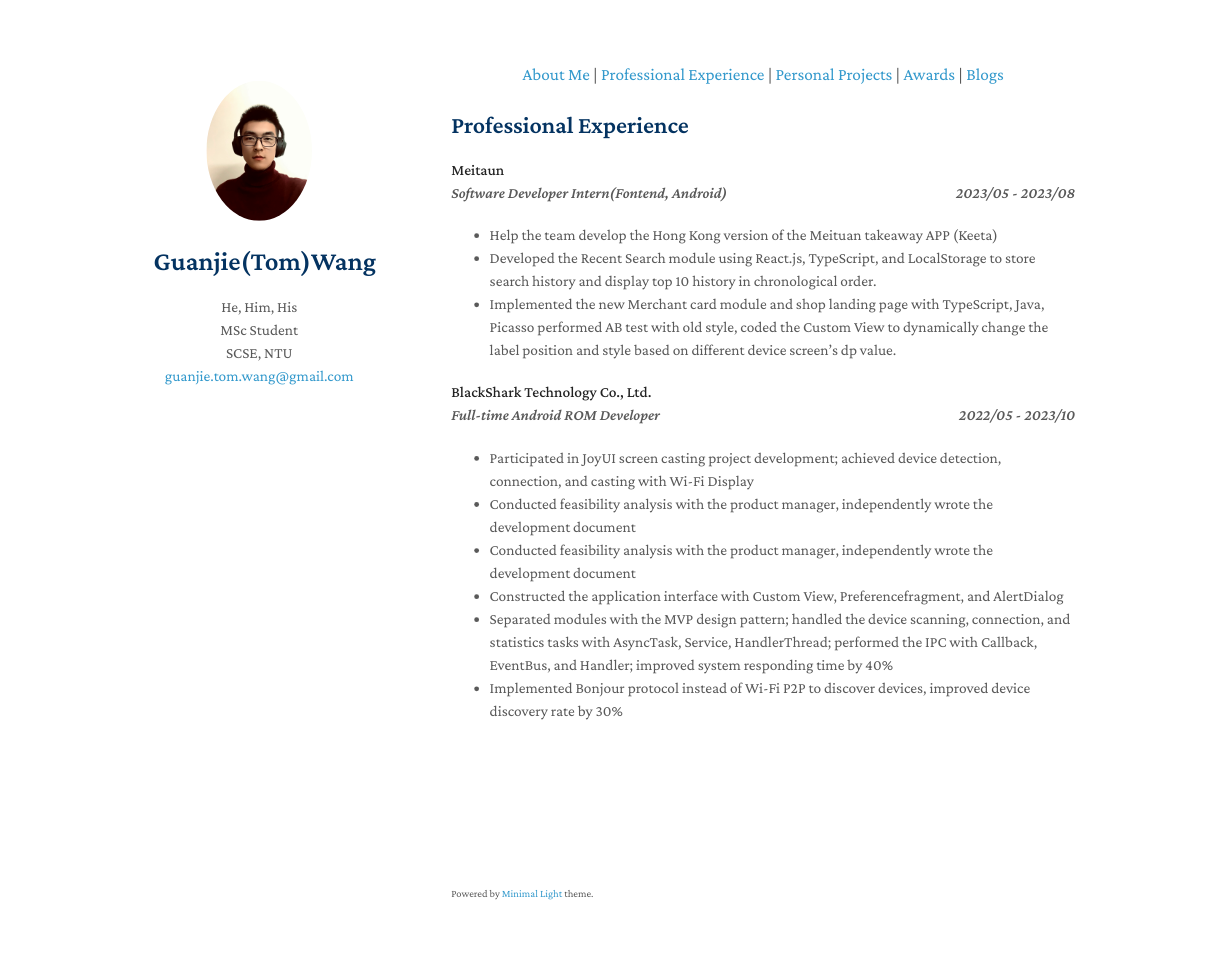
Repository: guanjie01/aboutme
Page: html/professional.html
An editor plug-in stored every save of this project. The page is shown before and after the next save, followed by the edit.
The browser window is 1280 px wide. The pictures show the whole page, at 96% of full size.

Above is the page before, as saved 2023-07-31 18:54:16.

### html/professional.html
<!DOCTYPE html>
<html lang="en" class="">

<head>
  <meta http-equiv="Content-Type" content="text/html; charset=UTF-8" />
  <title>Guanjie Wang</title>
  <link rel="shortcut icon" href="../assert/Icon.ico" />
  <meta http-equiv="X-UA-Compatible" content="IE=edge" />
  <meta name="viewport" content="width=device-width, initial-scale=1" />
  <meta name="description"
    content="The Minimal Light is a simple and elegant jekyll theme for academic personal homepage." />

  <meta name="keywords" content="minimal academic" />

  <link rel="stylesheet" href="../css/academicons.min.css" />

  <link rel="stylesheet" href="../css/all.min.css" />

  <link rel="stylesheet" href="../css/style.css" />
  <link type="text/css" rel="stylesheet" charset="UTF-8" href="../css/translateelement.css" />
</head>
<script src="../js/Professional.js"></script>

<body data-new-gr-c-s-check-loaded="14.1087.0" data-gr-ext-installed="">
  <div id="app">
    <div class="spinner">
      <div class="rect1"></div>
      <div class="rect2"></div>
      <div class="rect3"></div>
      <div class="rect4"></div>
      <div class="rect5"></div>
    </div>
    <p style="text-align: center; font-size: 28px">Loading, please wait...</p>
  </div>
  <div class="wrapper">
    <header id="hd">
      <a class="image avatar"><img src="../assert/Photo.jpg" alt="avatar" oncontextmenu="return false" /></a>

      <h1>Guanjie(Tom)Wang</h1>
      He, Him, His
      <br />
      MSc Student
      <br />

      SCSE, NTU

      <br />
      <a href="mailto: guanjie.tom.wang@gmail.com">guanjie.tom.wang@gmail.com</a>
    </header>
    <section id="main">
      <nav id="nav">
        <a href="https://o-guanjiewang-o.github.io/guanjiewang.com/index.html">About Me</a>
        |
        <a href="https://o-guanjiewang-o.github.io/guanjiewang.com/html/professional.html">Professional Experience</a>
        |
        <a href="https://o-guanjiewang-o.github.io/guanjiewang.com/html/project.html">Personal Projects</a>
        |
        <a href="https://o-guanjiewang-o.github.io/guanjiewang.com/html/awards.html">Awards</a>
        |
        <a href="https://o-guanjiewang-o.github.io/guanjiewang.com/html/blogs.html">Blogs</a>
      </nav>
      <br />
      <div id="work-experience">
        <h2>Professional Experience</h2>
        <div>
          <p>
            <strong style="float: left; margin-right: 10px">Meitaun</strong>
          </p>
          <br />
          <p>
            <em style="float: left">Software Developer Intern(Fontend, Android)</em>
            <em style="float: right; margin-left: 10px">2023/05 - 2023/08</em>
          </p>
          <br />
          <ul>
            <li>
              Help the team develop the Hong Kong version of the Meituan
              takeaway APP (Keeta)
            </li>
            <li>
              Developed the Recent Search module using React.js, TypeScript,
              and LocalStorage to store search history and display top 10
              history in chronological order.
            </li>
            <li>
              Implemented the new Merchant card module and shop landing page
              with TypeScript, Java, Picasso performed AB test with old style,
              coded the Custom View to dynamically change the label position
              and style based on different device screen’s dp value.
            </li>
          </ul>
        </div>
        <div>
          <p>
            <strong style="float: left; margin-right: 10px">BlackShark Technology Co., Ltd.</strong>
          </p>
          <br />
          <p>
            <em style="float: left">Full-time Android ROM Developer</em>
            <em style="float: right; margin-left: 10px">2022/05 - 2023/10</em>
          </p>
          <br />
          <ul>
            <li>
              Participated in JoyUI screen casting project development;
              achieved device detection, connection, and casting with Wi-Fi
              Display
            </li>
            <li>
              Conducted feasibility analysis with the product manager,
              independently wrote the development document
            </li>
            <li>
              Conducted feasibility analysis with the product manager,
              independently wrote the development document
            </li>
            <li>
              Constructed the application interface with Custom View,
              Preferencefragment, and AlertDialog
            </li>
            <li>
              Separated modules with the MVP design pattern; handled the
              device scanning, connection, and statistics tasks with
              AsyncTask, Service, HandlerThread; performed the IPC with
              Callback, EventBus, and Handler; improved system responding time
              by 40%
            </li>
            <li>
              Implemented Bonjour protocol instead of Wi-Fi P2P to discover
              devices, improved device discovery rate by 30%
            </li>
          </ul>
        </div>
      </div>

      <div id="reference">
        <br /><br /><br /><br /><br /><br />

        <p>
          <small>Powered by
            <a href="https://github.com/yaoyao-liu/minimal-light" target="_blank" rel="noopener">Minimal Light</a>
            theme.</small>
        </p>
      </div>
    </section>
  </div>
</body>

</html>

### css/style.css
@import url("https://fonts.googleapis.com/css2?family=Crimson+Pro:ital,wght@0,400;0,500;0,600;1,600&display=swap");
@import url("https://fonts.googleapis.com/css2?family=Ubuntu+Mono&display=swap");
body {
  background-color: #fff;
  padding: 0px;
  font: 16px/1.5 Crimson Pro, serif;
  color: #595959;
  font-weight: 400;
  margin: 0;
}
@keyframes fadeInAnimation {
  0% {
    opacity: 0; /*设置不透明度*/
  }
  100% {
    opacity: 1;
  }
}
.social-icons a {
  display: inline-block;
  height: 3rem;
  width: 3rem;
  background-color: #495057;
  color: #fff !important;
  border-radius: 100%;
  text-align: center;
  font-size: 1.5rem;
  line-height: 3.1rem;
  margin-right: 1rem;
}
.social-icons a:last-child {
  margin-right: 0;
}
.social-icons a:hover {
  background-color: #000000;
}
autocolor {
  color: #494949;
}
lightonly {
  visibility: visible;
}
darkonly {
  visibility: hidden;
}
education {
  font-weight: 500;
  font-size: 115%;
}
papertitle {
  font-weight: 600;
  font-size: 100%;
}
@media (prefers-color-scheme: dark) {
  body {
    background-color: #20212b;
    color: #dadbdf;
  }
  autocolor {
    color: #dadbdf;
  }
  lightonly {
    visibility: hidden;
  }
  darkonly {
    visibility: visible;
  }
  papertitle {
    color: #eeeff0;
  }
}
.image {
  border-radius: 0.35em;
  border: 0;
  display: inline-block;
  position: relative;
}
.image:before {
  -moz-transition: opacity 0.2s ease-in-out;
  -webkit-transition: opacity 0.2s ease-in-out;
  -ms-transition: opacity 0.2s ease-in-out;
  transition: opacity 0.2s ease-in-out;
  border-radius: 0.35em;
  content: "";
  display: block;
  height: 100%;
  left: 0;
  opacity: 0.5;
  position: absolute;
  top: 0;
  width: 100%;
}
.image.avatar {
  border-radius: 100%;
}
.image.avatar:before {
  display: none;
}
.image.avatar img {
  border-radius: 100%;
  width: 50%;
  padding: 20px;
}
#header .image.avatar {
  margin: 0 0 1em 0;
  width: 8em;
}
h1,
h3,
h4,
h5,
h6 {
  font-weight: 600;
  color: #043361;
  margin: 0 0 20px;
}
h2 {
  color: #043361;
  margin: 2px 0px 15px;
  font-size: 157%;
}
@media (prefers-color-scheme: dark) {
  h1,
  h3,
  h4,
  h5,
  h6 {
    color: #3eb7f0;
  }
  h2 {
    color: #3eb7f0;
  }
}
p,
ul,
ol,
table,
pre,
dl {
  margin: 0 0 20px;
}
h1,
h2,
h3 {
  line-height: 1.1;
}
h1 {
  font-size: 28px;
}
a {
  color: #39c;
  text-decoration: none;
}
a:hover {
  color: #069;
}
@media (prefers-color-scheme: dark) {
  a {
    color: #3eb7f0;
  }
}
a small {
  font-size: 11px;
  color: #777;
  margin-top: -0.3em;
  display: block;
}
a:hover small {
  color: #777;
}
.wrapper {
  width: 960px;
  margin: 0 auto;
}
blockquote {
  border-left: 1px solid #e5e5e5;
  margin: 0;
  padding: 0 0 0 20px;
  font-style: italic;
}
code,
pre {
  font-family: Monaco, Bitstream Vera Sans Mono, Lucida Console, Terminal,
    Consolas, Liberation Mono, DejaVu Sans Mono, Courier New, monospace;
  color: #333;
}
pre {
  max-width: 500px;
  padding: 8px 15px;
  background: #f8f8f8;
  border-radius: 5px;
  border: 1px solid #e5e5e5;
  overflow-x: auto;
}
table {
  width: 100%;
  border-collapse: collapse;
}
th,
td {
  text-align: left;
  padding: 5px 10px;
  border-bottom: 1px solid #e5e5e5;
}
dt {
  color: #444;
  font-weight: 500;
}
th {
  color: #444;
}
@media (prefers-color-scheme: dark) {
  th {
    color: #3eb7f0;
  }
  dt {
    color: #3eb7f0;
  }
}
img {
  max-width: 100%;
}
header {
  width: 220px;
  float: left;
  position: fixed;
  -webkit-font-smoothing: subpixel-antialiased;
  padding-top: 4em;
  text-align: center;
  animation: 1s fadeInAnimation;
  animation-iteration-count: 1;
  animation-fill-mode: forwards;
}
nav {
  text-align: center;
  font-size: large;
  animation: 1s fadeInAnimation;
  animation-iteration-count: 1;
  animation-fill-mode: forwards;
}
#about-me {
  animation: 1s fadeInAnimation;
  animation-iteration-count: 1;
  animation-fill-mode: forwards;
}
#work-experience {
  animation: 1s fadeInAnimation;
  animation-iteration-count: 1;
  animation-fill-mode: forwards;
}

#project {
  animation: 1s fadeInAnimation;
  animation-iteration-count: 1;
  animation-fill-mode: forwards;
}
#Awards {
  animation: 1s fadeInAnimation;
  animation-iteration-count: 1;
  animation-fill-mode: forwards;
}
#reference {
  animation: 1s fadeInAnimation;
  animation-iteration-count: 1;
  animation-fill-mode: forwards;
}
header ul {
  list-style: none;
  height: 40px;
  padding: 0;
  background: #f4f4f4;
  border-radius: 5px;
  border: 1px solid #e0e0e0;
  width: 270px;
}
header li {
  width: 89px;
  float: left;
  border-right: 1px solid #e0e0e0;
  height: 40px;
}
header li:first-child a {
  border-radius: 5px 0 0 5px;
}
header li:last-child a {
  border-radius: 0 5px 5px 0;
}
header ul a {
  line-height: 1;
  font-size: 11px;
  color: #999;
  display: block;
  text-align: center;
  padding-top: 6px;
  height: 34px;
}
header ul a:hover {
  color: #999;
}
header ul a:active {
  background-color: #f0f0f0;
}
strong {
  color: #222;
  font-weight: 500;
}
@media (prefers-color-scheme: dark) {
  strong {
    color: #eeeff0;
  }
}
header ul li + li + li {
  border-right: none;
  width: 89px;
}
header ul a strong {
  font-size: 14px;
  display: block;
  color: #222;
}
section {
  width: 650px;
  float: right;
  padding-top: 4em;
  padding-bottom: 50px;
}
small {
  font-size: 11px;
}
hr {
  border: 0;
  background: #e5e5e5;
  height: 1px;
  margin: 0 0 20px;
}
footer {
  width: 220px;
  float: left;
  position: fixed;
  bottom: 30px;
  -webkit-font-smoothing: subpixel-antialiased;
  text-align: center;
}
@media print, screen and (max-width: 960px) {
  div.wrapper {
    width: auto;
    margin: 0;
  }
  header,
  section,
  footer {
    float: none;
    position: static;
    width: auto;
  }
  header {
    padding-right: 320px;
  }
  section {
    border: 1px solid #e5e5e5;
    border-width: 1px 0;
    padding: 20px 0;
    margin: 0 0 20px;
  }
  header a small {
    display: inline;
  }
  header ul {
    position: absolute;
    right: 50px;
    top: 52px;
  }
  .image.avatar img {
    border-radius: 100%;
    width: 117px;
    padding: 20px;
  }
  #head1o2 {
    visibility: hidden;
  }
  #head2o2 {
    visibility: hidden;
  }
}
@media print, screen and (max-width: 960px) {
  body {
    word-wrap: break-word;
    padding: 15px;
  }
  header {
    padding: 0;
  }
  pre,
  code {
    word-wrap: normal;
  }
}
@media print, screen and (max-width: 480px) {
  body {
    padding: 15px;
  }
  header ul {
    width: 99%;
  }
  header li,
  header ul li + li + li {
    width: 33%;
  }
  .image.avatar img {
    border-radius: 100%;
    width: 95px;
    padding: 20px;
  }
  #head1o2 {
    visibility: hidden;
  }
  #head2o2 {
    visibility: hidden;
  }
}
@media print {
  body {
    padding: 0.4in;
    font-size: 12pt;
    color: #444;
  }
}
.biblink {
  text-decoration: none;
  display: inline;
  margin-right: 0px;
}
.fakelink {
  text-decoration: none;
  cursor: pointer;
}
.bibref {
  font-size: 70%;
  margin-top: 10px;
  margin-left: 0px;
  display: none;
  font-family: monospace;
}

.spinner {
  margin: 50px auto;
  width: 300px;
  height: 300px;
  text-align: center;
  font-size: 10px;
}

.spinner > div {
  background-color: #043361;
  height: 100%;
  width: 20px;
  display: inline-block;
  -webkit-animation: stretchDelay 1.2s infinite ease-in-out;
  animation: stretchDelay 1.2s infinite ease-in-out;
}

.spinner .rect2 {
  margin-left: 30px;
  -webkit-animation-delay: -1.1s;
  animation-delay: -1.1s;
}

.spinner .rect3 {
  margin-left: 30px;
  -webkit-animation-delay: -1s;
  animation-delay: -1s;
}

.spinner .rect4 {
  margin-left: 30px;
  -webkit-animation-delay: -0.9s;
  animation-delay: -0.9s;
}

.spinner .rect5 {
  margin-left: 30px;
  -webkit-animation-delay: -0.8s;
  animation-delay: -0.8s;
}

@-webkit-keyframes stretchDelay {
  0%,
  40%,
  100% {
    -webkit-transform: scaleY(0.4);
  }
  20% {
    -webkit-transform: scaleY(1);
  }
}

@keyframes stretchDelay {
  0%,
  40%,
  100% {
    transform: scaleY(0.4);
    -webkit-transform: scaleY(0.4);
  }
  20% {
    transform: scaleY(1);
    -webkit-transform: scaleY(1);
  }
}

Loaded but not shown: css/academicons.min.css (library); css/all.min.css (library); js/Professional.js (22 lines, source omitted); css/translateelement.css (924 lines, source omitted)

After the next save:
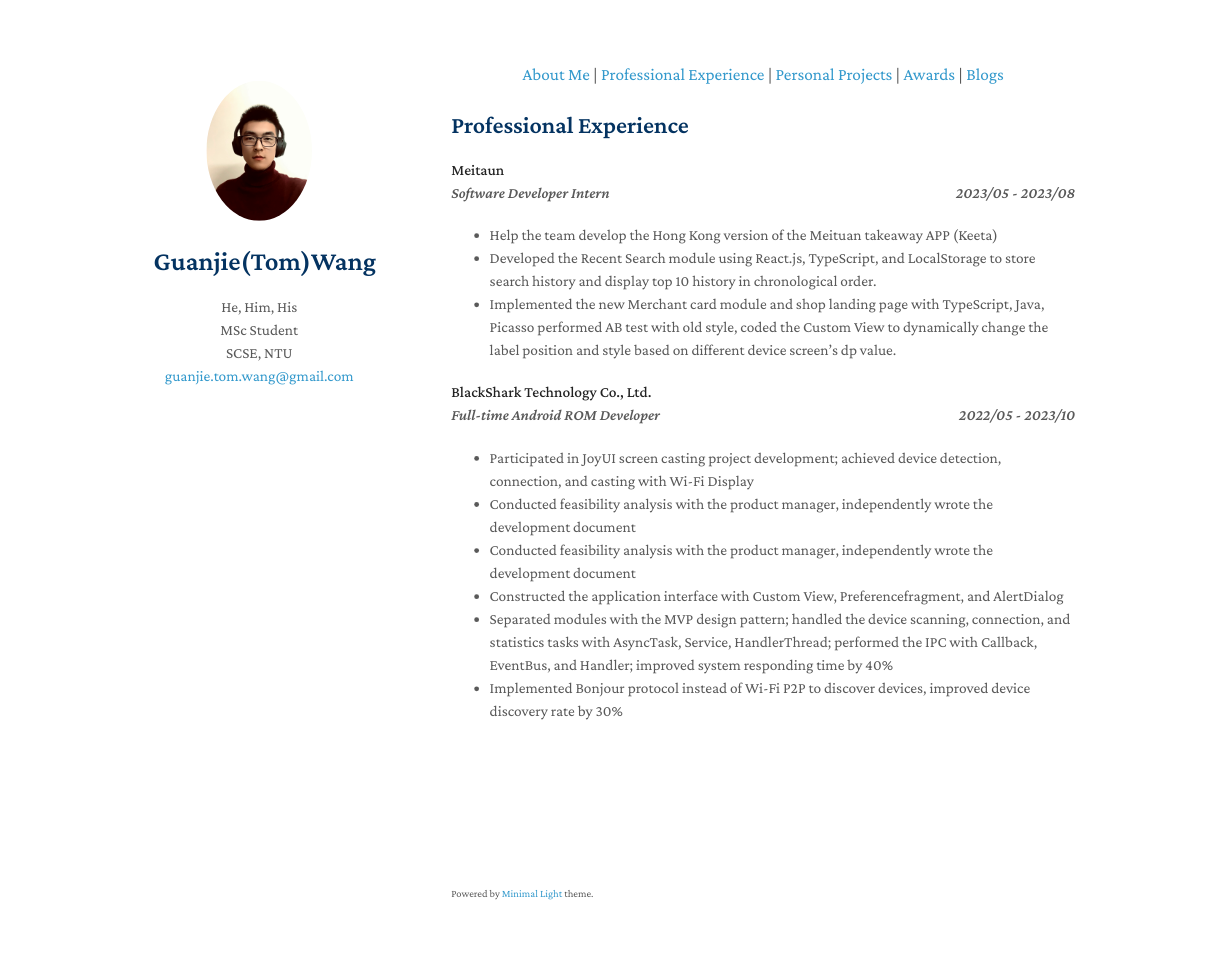
Saved 4 h 50 min later.
--- a/html/professional.html
+++ b/html/professional.html
@@ -68,7 +68,7 @@
           </p>
           <br />
           <p>
-            <em style="float: left">Software Developer Intern(Fontend, Android)</em>
+            <em style="float: left">Software Developer Intern</em>
             <em style="float: right; margin-left: 10px">2023/05 - 2023/08</em>
           </p>
           <br />
